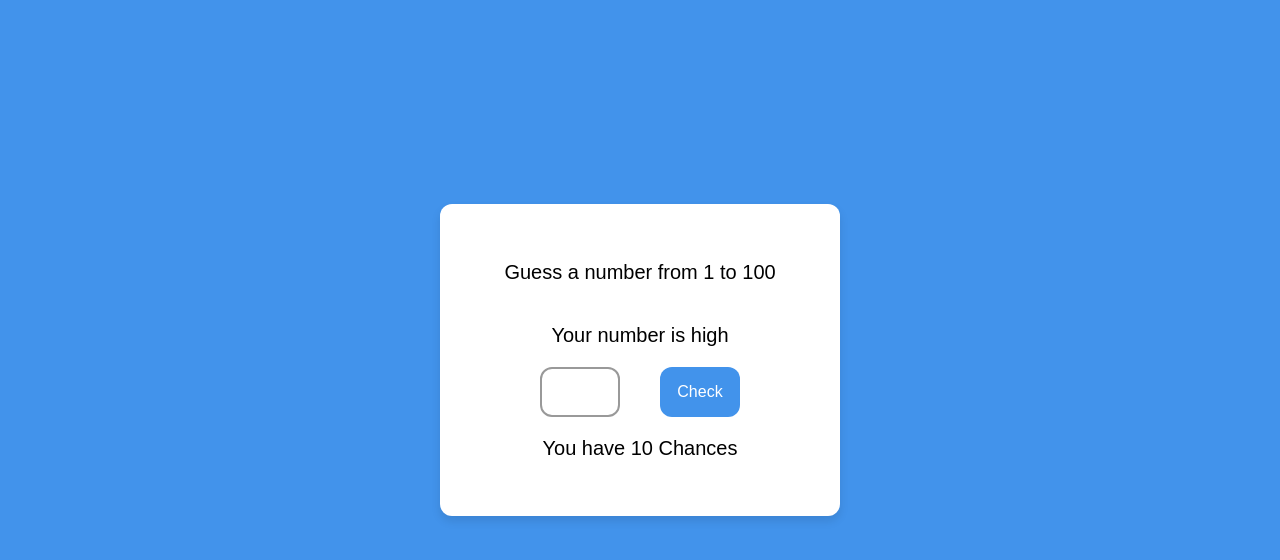
Repository: Ankitkr2021/Guess_Game
Page: index.html
These files come from the project's save history. The page is drawn as it stood at one moment and after the next save; the edit follows.
The browser window is 1280 px wide. The pictures show the whole page.

Above is the page before, as saved 2025-09-30 17:53:24.

### index.html
<!DOCTYPE html>
<html lang="en">
<head>
    <meta charset="UTF-8">
    <meta name="viewport" content="width=device-width, initial-scale=1.0">
    <title>Document</title>
    <link rel="stylesheet" href="./style.css">
</head>
<body>
    <div class="box">
        <p>Guess a number from 1 to 100</p>
        <p class="class">Your number is high</p>
        <div class="same-line">
        <input type="number">
        <button type="submit">Check</button>
        </div>
        <p>You have <span class="chances">10 </span>Chances</p>
    </div>
</body>
</html>

### style.css
@import url("https://fonts.googleapis.com/css2?family=Poppins:wght@300;400;500;600;700&display=swap">
);

*{
    margin: 0;
    padding: 0;
    box-sizing: border-box;
    font-family: 'Poppins',sans-serif;
}

body{
    display: flex;
    justify-content: center;
    align-items: center;
    height: 100vh;
    width: 100%;
    background: #4293eb;
}

.box{
    background: #fff;
    height: 312px;
    width: 400px;
    border-radius: 12px;
    display: flex;
    flex-direction: column;
    align-items: center;
    justify-content: center;
    box-shadow: 0 5px 10px rgba(0,0,0,0.1);
}

p{
    padding: 20px 20px;
    font-size: 20px;
    /* font-weight: 600; */
}

.same-line {
    /* background: green; */
    width: 100%;
    display: flex;
    align-items: center;
    justify-content: center;
}

input{
    /* margin: 50px; */
    padding: 20px;
    width: 80px;
    height: 50px;
    border-radius: 12px;
    border: 2px solid #999;
}


button{
    background: #4293eb;
    border: none;
    color: #fff;
    margin-left: 40px;
    height: 50px;
    width: 80px;
    border-radius: 12px;
    font-size: 16px;
    font-weight: 400;
    cursor: pointer;
}

After the next save:
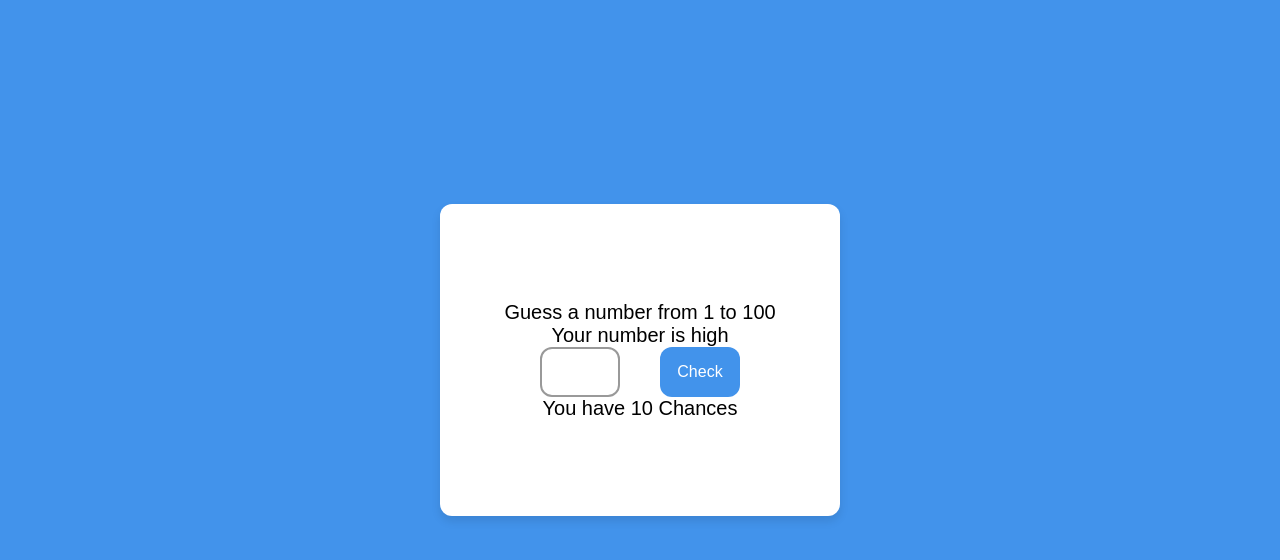
Saved 24 s later.
--- a/style.css
+++ b/style.css
@@ -30,7 +30,7 @@ body{
 }
 
 p{
-    padding: 20px 20px;
+    /* padding: 20px 20px; */
     font-size: 20px;
     /* font-weight: 600; */
 }
